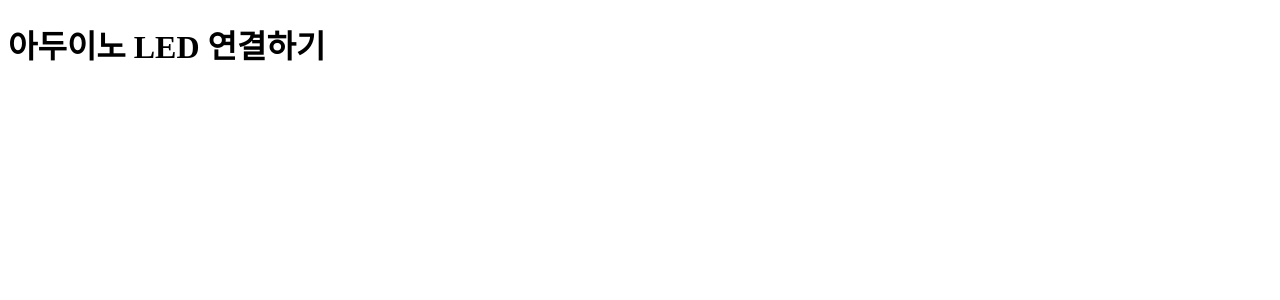
Repository: lafayetteey/WorkSpace
Page: http://localhost/testAduino/views/part1_LED_Controller.jsp
The author's editor kept a copy of each file at every save. The page is drawn from the files as they stood at one save, then again after the next save.
The browser window is 1280 px wide. The pictures show the whole page.
The page is served by Tomcat 9.

Above is the page before, as saved 2020-08-04 02:06:34.

After the next save:
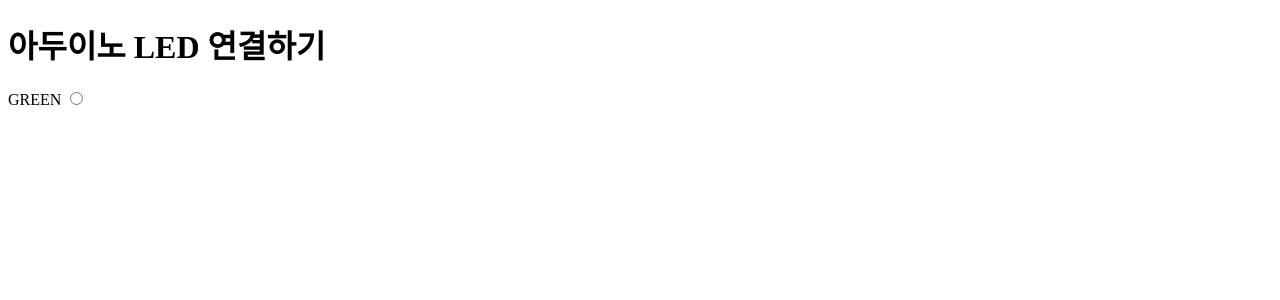
Saved 49 s later.
--- a/workspace_Aduino/testAduino/WebContent/views/part1_LED_Controller.jsp
+++ b/workspace_Aduino/testAduino/WebContent/views/part1_LED_Controller.jsp
@@ -11,7 +11,10 @@
 <body>
 	<h1>아두이노 LED 연결하기</h1>
 	<form action="http://192.168.30.182/led.cgi" method="get">
-
+		<p>
+			GREEN
+			<input type="radio">
+		</p>
 	</form>
 </body>
 </html>
